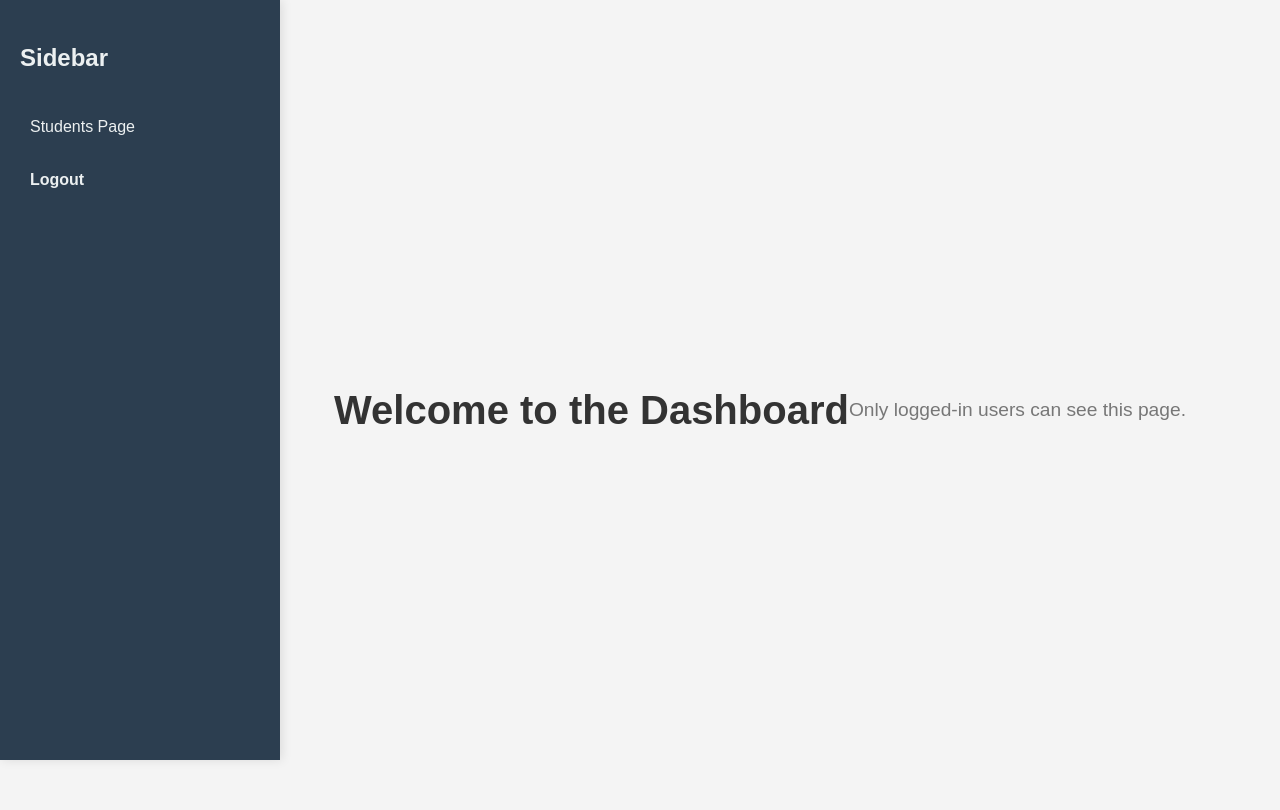
Repository: sharmisthak16/Student-Assignment
Page: /dashboard (app in my-project/)
An editor plug-in stored every save of this project. The page is shown before and after the next save, followed by the edit.
The browser window is 1280 px wide. The pictures show the whole page.
The project was rebuilt for these pictures with package versions that can differ from the ones it lists, and the page was loaded fresh each time. Also part of the build but not shown: my-project/vite.config.js, my-project/src/components/firebase.js, my-project/src/components/LoginForm.css, my-project/src/components/LoginForm.jsx, my-project/src/components/HomeButtons.css, my-project/src/components/HomeButtons.jsx, my-project/src/Pages/Home.jsx, my-project/src/components/StudentTable.css and 2 more.

Above is the page before, as saved 2025-01-30 23:09:03.

### my-project/index.html
<!doctype html>
<html lang="en">
  <head>
    <meta charset="UTF-8" />

    <meta name="viewport" content="width=device-width, initial-scale=1.0" />
    <title>Assignment</title>
  </head>
  <body>
    <div id="root"></div>
    <script type="module" src="/src/main.jsx"></script>
  </body>
</html>

### my-project/src/App.jsx
import React from 'react';
import { BrowserRouter as Router, Route, Routes } from 'react-router-dom'; // Use Routes instead of Switch
import LoginForm from './components/LoginForm';
import Dashboard from './components/Dashboard'; // Create this component for the dashboard page
import Home from './Pages/Home';
import StudentTable from './components/StudentTable';
import AddStudentModal from './components/AddStudentModal'

function App() {
  return (
    <Router>
      <Routes>
      <Route path='/' element={<Home/>} />
        <Route path="/LoginForm" element={<LoginForm />} /> {/* Use element instead of component */}
        <Route path="/dashboard" element={<Dashboard />} /> {/* Use element instead of component */}
       <Route path="/StudentTable" element={<StudentTable />}  />
       <Route path="/AddStudentModal" element={<AddStudentModal/>}  />
      </Routes>
    </Router>
  );
}

export default App;

### my-project/src/components/Dashboard.jsx
// src/Dashboard.jsx
import React from 'react';
import { Link, useNavigate } from 'react-router-dom';
import './Dashboard.css';

const Dashboard = () => {
  const navigate = useNavigate();

  const handleLogout = () => {
    // Clear session storage or remove tokens (this depends on how you're managing auth)
    sessionStorage.removeItem('user'); // example, replace with your own method
    navigate('/LoginForm'); // Navigate to login page after logging out
  };

  return (
    <div className="dashboard-container">
      <div className="sidebar">
        <h3>Sidebar</h3>
        <ul>
          <li>
            <Link to="/students" className="sidebar-link">Students Page</Link>
          </li>
          <li>

            <button onClick={handleLogout} className="logout-btn">Logout</button>
          </li>
        </ul>
      </div>
      <div className="content">
        <h1>Welcome to the Dashboard</h1>
        <p>Only logged-in users can see this page.</p>
      </div>
    </div>
  );
};

export default Dashboard;

### my-project/src/components/Dashboard.css
/* General Dashboard Styling */
.dashboard-container {
    display: flex;
    height: 100vh;
    position: sticky;
    font-family: Arial, sans-serif;
}

.sidebar {
    position: fixed; /* Keep the sidebar fixed on the left */
    top: 0;
    left: 0;
    width: 240px;
    height: 100vh; /* Make sidebar full height */
    background-color: #2c3e50;
    color: #ecf0f1;
    padding: 20px;
    box-shadow: 2px 0px 10px rgba(0, 0, 0, 0.1);
    display: flex;
    flex-direction: column;
    z-index: 10; /* Ensure sidebar is above the content */
}

.sidebar h3 {
    font-size: 1.5rem;
    margin-bottom: 20px;
}

.sidebar ul {
    list-style-type: none;
    padding: 0;
}

.sidebar li {
    margin-bottom: 15px;
}

.sidebar-link {
    display: block;
    color: #ecf0f1;
    text-decoration: none;
    padding: 10px;
    border-radius: 5px;
    transition: background-color 0.3s ease;
}

.sidebar-link:hover {
    background-color: #34495e;
}

.logout-btn {
    background: none;
    color: #ecf0f1;
    border: none;
    cursor: pointer;
    text-align: left;
    padding: 10px;
    width: 100%;
    font-size: 1rem;
    transition: background-color 0.3s ease;
}

.logout-btn:hover {
    background-color: #e74c3c;
}

/* Main Content Styling */
.content {
    margin-left: 240px; /* Create space for the fixed sidebar */
    flex-grow: 1;
    padding: 40px;
    background-color: #f4f4f4;
    display: flex;
    justify-content: center; /* Center content horizontally */
    align-items: center; /* Center content vertically */
    height: 100vh; /* Full viewport height */
    text-align: center; /* Center text */
}

.content h1 {
    font-size: 2.5rem;
    color: #333;
}

.content p {
    font-size: 1.2rem;
    color: #777;
}

/* Mobile Responsiveness */
@media (max-width: 768px) {
    .dashboard-container {
        flex-direction: column;
    }

    .sidebar {
        width: 100%;
        position: relative; /* Reset position on smaller screens */
    }

    .content {
        margin-left: 0; /* Remove left margin on smaller screens */
        padding-left: 0;
        height: auto; /* Allow height to adjust to content */
    }
}

### my-project/src/components/AddStudentModal.css
/* General Styles */
body {
  font-family: Arial, sans-serif;
  background-color: #f4f4f4;
  display: flex;
  justify-content: center;
  align-items: flex-start; /* Align form at the top */
  height: 100vh;
  margin: 0;
  padding: 10px; /* Small padding to prevent cutting off content */
}

form {
  background-color: #ffffff;
  padding: 10px;
  border-radius: 8px;
  box-shadow: 0 2px 10px rgba(0, 0, 0, 0.1);
  width: 280px; /* Further reduced width */
  max-width: 100%;
  display: flex;
  flex-direction: column;
  gap: 8px; /* Reduced gap */
  overflow-y: auto; /* Allows scrolling if necessary */
}

h2 {
  text-align: center;
  margin-bottom: 10px;
  color: #333;
  font-size: 18px; /* Smaller heading */
  font-weight: 600;
}

/* Form Inputs */
label {
  font-weight: 600;
  font-size: 12px; /* Smaller label font */
  color: #333;
}

input, select, textarea {
  padding: 6px;
  margin-top: 4px;
  margin-bottom: 8px;
  border: 1px solid #ccc;
  border-radius: 4px;
  width: 100%;
  box-sizing: border-box;
  font-size: 12px; /* Smaller input font */
}

textarea {
  height: 50px; /* Further reduced height */
  resize: vertical;
}

input[type="date"] {
  font-size: 12px;
}

/* Button Styles */
button {
  background-color: #007BFF;
  color: white;
  padding: 8px;
  border: none;
  border-radius: 4px;
  cursor: pointer;
  font-size: 14px;
  font-weight: 600;
  width: 100%;
  box-sizing: border-box;
}

button:hover {
  background-color: #0056b3;
}

/* Error Styling (optional) */
input:invalid, select:invalid, textarea:invalid {
  border-color: red;
}

input:invalid:focus, select:invalid:focus, textarea:invalid:focus {
  border-color: #ff4d4d;
}

/* Responsive Design */
@media (max-width: 600px) {
  form {
    width: 100%;
    padding: 8px;
  }

  h2 {
    font-size: 16px; /* Smaller heading on mobile */
  }

  input, select, textarea {
    font-size: 11px; /* Smaller input font on mobile */
  }
}

Loaded but not shown: my-project/src/main.jsx (common file); my-project/src/index.css (common file)

After the next save:
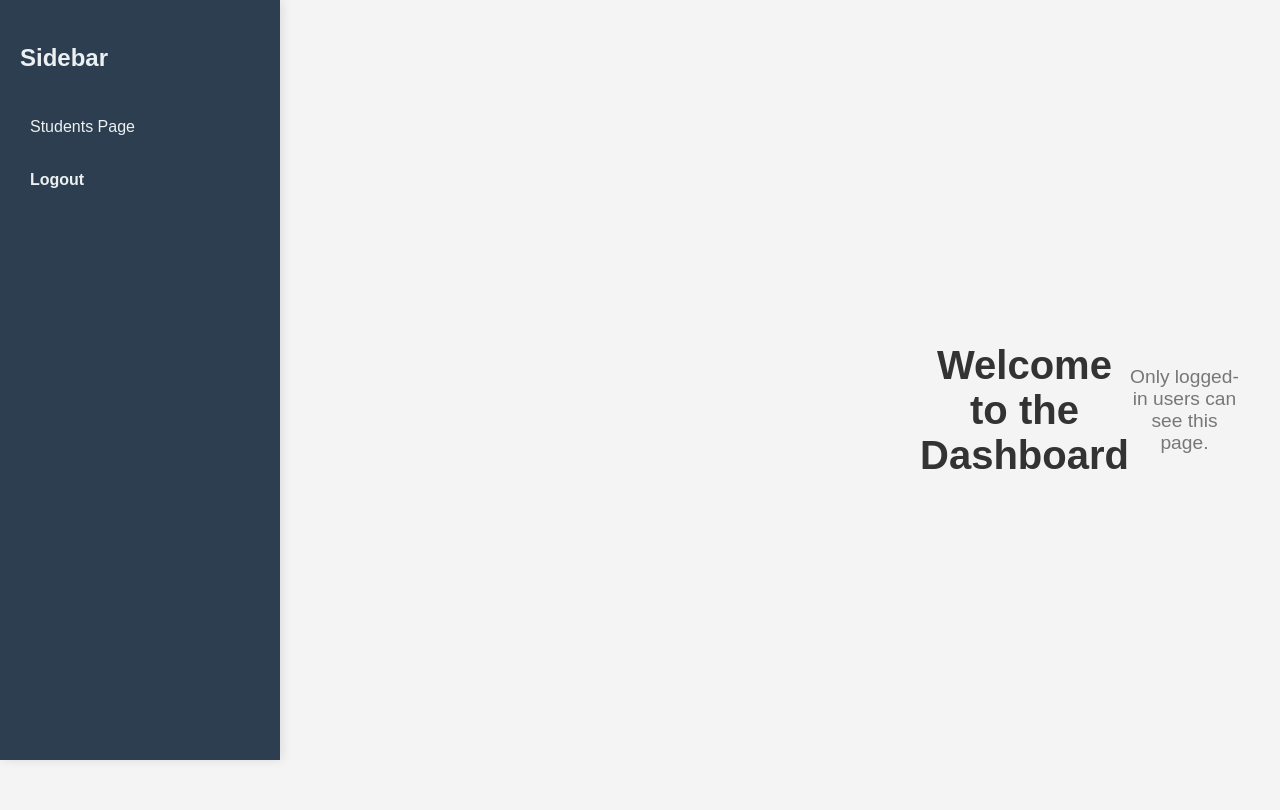
Saved 20 s later.
--- a/my-project/src/components/Dashboard.css
+++ b/my-project/src/components/Dashboard.css
@@ -2,7 +2,7 @@
 .dashboard-container {
     display: flex;
     height: 100vh;
-    position: sticky;
+    position: absolute;
     font-family: Arial, sans-serif;
 }
 

After the save that followed:
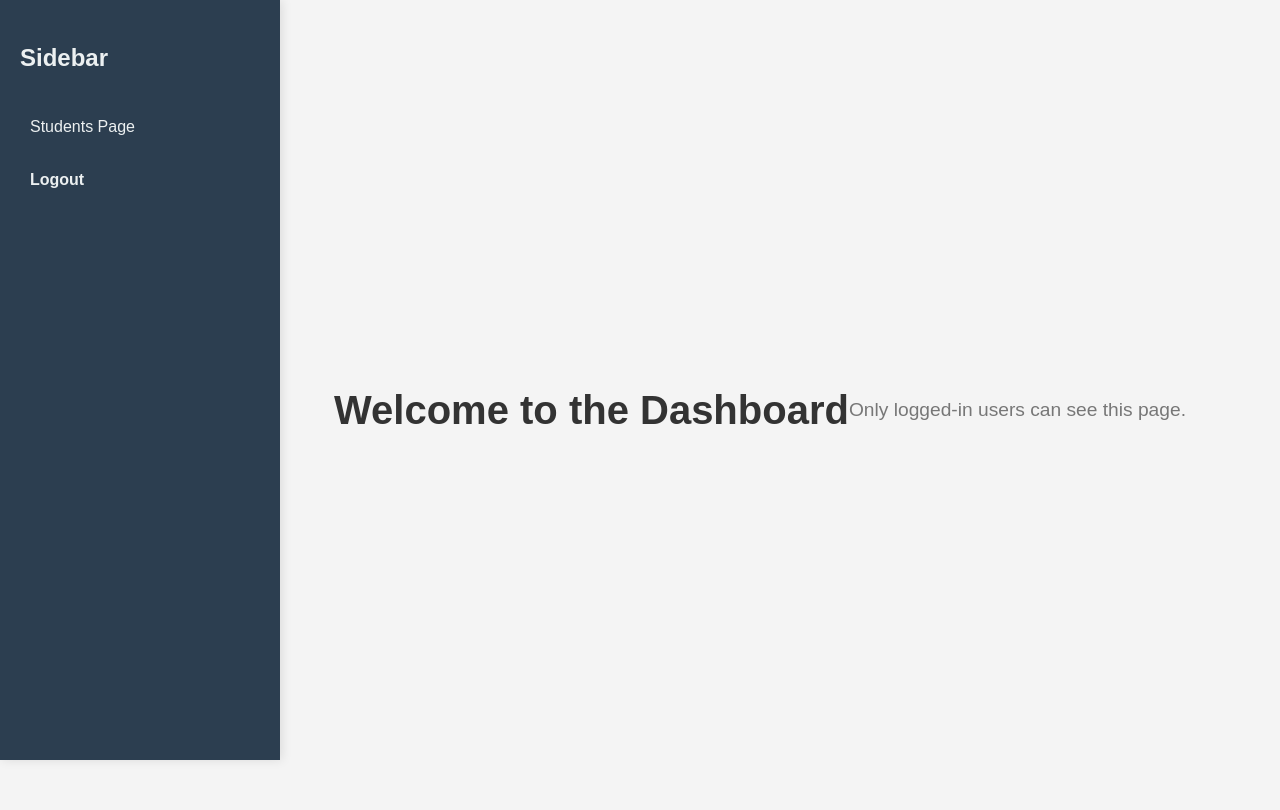
Saved 33 s later.
--- a/my-project/src/components/Dashboard.css
+++ b/my-project/src/components/Dashboard.css
@@ -2,7 +2,7 @@
 .dashboard-container {
     display: flex;
     height: 100vh;
-    position: absolute;
+
     font-family: Arial, sans-serif;
 }
 
